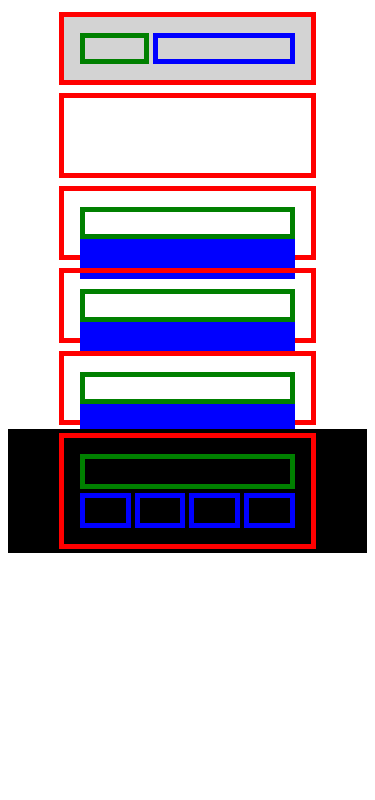
Repository: anderscederberg11/LAB2BG
Page: index.html
An editor plug-in stored every save of this project. The page is shown before and after the next save, followed by the edit.
The browser window is 375 px wide. The pictures show the whole page.

Above is the page before, as saved 2024-02-01 20:37:27.

### index.html
<!doctype html>
<html class="no-js" lang="en">

<head>
  <meta charset="utf-8">
  <meta name="viewport" content="width=device-width, initial-scale=1">
  <title>Sebastians Wonderful Website</title>
  <link rel="stylesheet" href="css/style.css">
  <meta name="description" content="sebastians website">
  <meta property="og:title" content="Sebastians Wonderful Website">
  <meta property="og:type" content="website">
  <meta property="og:url" content="https://www.SebastianWebsite.com">
  <!--<meta property="og:image" content=""> -->

  <link rel="icon" href="/favicon.ico" sizes="any">
  <link rel="icon" href="/icon.svg" type="image/svg+xml">
  <link rel="apple-touch-icon" href="icon.png">

</head>
    <body class="displayContainer">

        <header class="headerContainer">
            <div class="headerTitleContainer">
                <h1 class="title"></h1>
            </div>
            <div class="headerImageContainer"></div>
        </header>

        <div class="sectionOne">
            <div class="sectionOneImage">
                <div class="sectionOneList">
                    <p>test</p>
                </div>
                <!-- image -->
            </div>
        </div>

        <div class="sectionTwo">
            <h1 class="title"></h1>
        </div>

        <div class="sectionThree">
            <div class="headerSectionThree">
                <h2 class="secondHeader"></h2>
                <h5 class="subHeader"></h5>
            </div>
            <div class="card"></div>
            <div class="card"></div>
            <div class="card"></div>
            <div class="card"></div>
        </div>

        <div class="sectionFour">
            <div class="headerSectionFour">
                <h2 class="secondHeader"></h2>
                <h5 class="subHeader"></h5>
            </div>
            <div class="card-special"></div>
            <div class="card"></div>
            <div class="card"></div>
        </div>

        <div class="sectionFive">
            <div class="headerSectionFive">
                <h2 class="secondHeader"></h2>
                <h5 class="subHeader"></h5>
            </div>
            <div class="card"></div>
            <div class="card"></div>
            <div class="card"></div>
            <div class="card"></div>
            <div class="card"></div>
            <div class="card"></div>
        </div>

        <div class="sectionSix">
            <div class="headerSectionSix">
                <h2 class="secondHeader"></h2>
                <h5 class="subHeader"></h5>
            </div>
            <div class="card-special"></div>
            <div class="card-special"></div>
        </div>

        <div class="sectionSeven">
            <div class="card"></div>
            <div class="card"></div>
            <div class="card"></div>
            <div class="card"></div>
            <div class="card"></div>
        </div>

        <footer class="footerContainer">
            <div class="sectionFooter">
                <div class="footerInfo"><h6></h6></div>
                <div class="footerInfoCard"><h4></h4></div>
                <div class="footerInfoCard"><h4></h4></div>
                <div class="footerInfoCard"><h4></h4></div>
                <div class="footerInfoCard"><h4></h4></div>
            </div>
        </footer>

    </body>
</html>

### css/style.css
.displayContainer{
  display:flex;
  flex-direction: column;
  align-items: center;
}

.card, .card-special {
  border: 5px solid blue;
}

.headerContainer{
  grid-template-columns: repeat(3, 1fr);
  background-color: lightgrey;
}

.headerTitleContainer{
  border: 5px solid green;
}

.headerImageContainer{
  grid-column: 2/4;
  border: 5px solid blue;
}

.sectionOne{
  display:flex;
  flex-direction: column;
  align-items: center;
  background-color: lightgrey;
  width:100%;
  border:none;
  margin:0.25vh;
}

.sectionOneList{

}

.sectionOneImage{
  width:70%;
  height:30vw;
  border: 5px solid red;
}

.headerContainer, .sectionTwo, .sectionThree, .sectionFour, .sectionFive, .sectionSix, .sectionSeven, .sectionFooter{
  display:grid;
  width:60%;
  grid-gap:0.25em;
  padding:1em;
  margin:0.25em;
  border: 5px solid red;
}
.headerSectionThree, .headerSectionFour, .headerSectionFive, .headerSectionSix, .footerInfo{
  border: 5px solid green;
}

.sectionThree, .sectionFooter{
  grid-template-columns: repeat(4, 1fr);
  grid-template-rows: repeat(2, 1fr);
}

.headerSectionThree, .footerInfo{
  grid-column: span 4;
}

.sectionFour{
  grid-template-columns: repeat(3, 1fr);
  grid-template-rows: repeat(2, 1fr);
}

.headerSectionFour{
  grid-column: span 3;
}

.sectionFive{
  grid-template-columns: repeat(3, 1fr);
  grid-template-rows: repeat(3, 1fr);
}

.headerSectionFive{
  grid-column: span 3;
}

.sectionSix{
  grid-template-columns: repeat(2, 1fr);
  grid-template-rows: repeat(2, 1fr);
}

.headerSectionSix{
  grid-column: span 2;
}

.sectionSeven{
  grid-template-columns: repeat(5, 1fr);
  height:31.51px; /*REMOVE*/
}

.footerContainer{
  display:flex;
  flex-direction: column;
  align-items: center;
  width:100%;
  background-color: black;
}

.sectionFooter{

}

.footerInfo{

}

.footerInfoCard{
  border: 5px solid blue;
}

/* Small only */
@media screen and (max-width: 39.9375em) {
  .sectionOne, .sectionSix, .sectionSeven{
    display: none;
  }
  .sectionThree, .sectionFour, .sectionFive{
    display:block;
    height:32.17px;
  }
  .sectionThree, .sectionFour{
    grid-template-rows: repeat(5, 1fr);
  }
  .sectionFive{
    grid-template-rows: repeat(7, 1fr);
  }
}

/* Medium and up */
@media screen and (min-width: 40em) {}

/* Medium only */
@media screen and (min-width: 40em) and (max-width: 63.9375em) {
  .sectionThree, .sectionFour, .sectionFooter, .sectionFive{
    grid-template-columns: repeat(2, 1fr);
    grid-template-rows: repeat(3, 1fr);
  }

  .headerSectionThree, .footerInfo, .headerSectionFour, .sectionFour .card-special, .headerSectionFive {
    grid-column: span 2;
  }

  .sectionFive{
    grid-template-rows: repeat(4, 1fr);
  }

  .sectionSix{
    grid-template-columns: repeat(1, 1fr);
    grid-template-rows: repeat(3, 1fr);
  }

  .headerSectionSix{
    grid-column: span 1;
  }
}

/* Large and up */
@media screen and (min-width: 64em) {}

/* Large only */
@media screen and (min-width: 64em) and (max-width: 74.9375em) {}

After the next save:
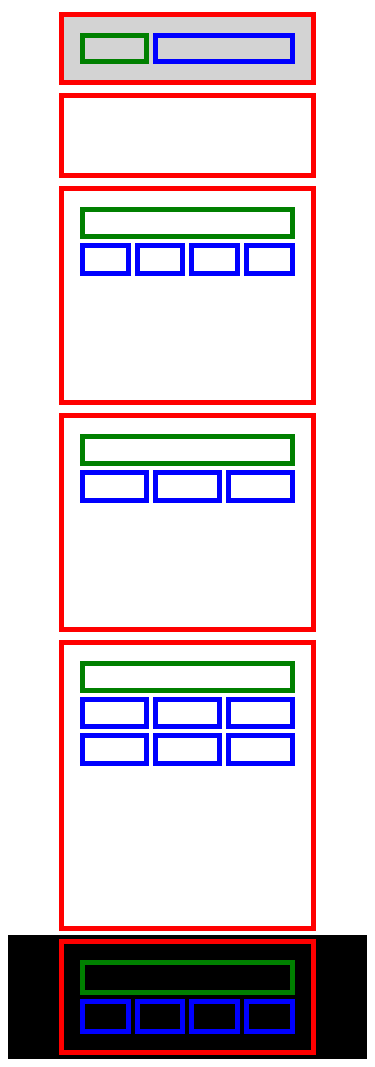
Saved 10 s later.
--- a/css/style.css
+++ b/css/style.css
@@ -121,8 +121,7 @@
     display: none;
   }
   .sectionThree, .sectionFour, .sectionFive{
-    display:block;
-    height:32.17px;
+
   }
   .sectionThree, .sectionFour{
     grid-template-rows: repeat(5, 1fr);
